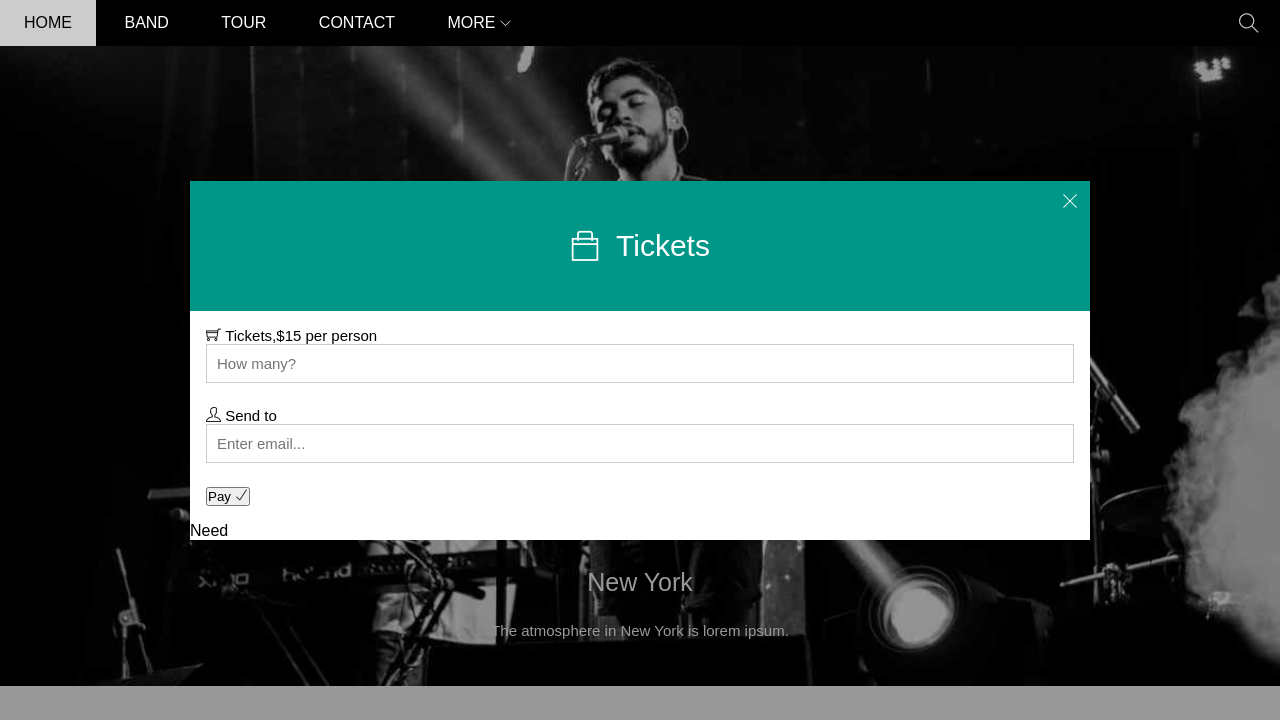
Repository: BrandonTuan777/The_Band
Page: index.html
An editor plug-in stored every save of this project. The page is shown before and after a run of saves, followed by the edit.
The browser window is 1280 px wide. The pictures show the window.
A layer covers the whole window, so only the first screen is drawn.

Above is the page before, as saved 2022-04-17 21:36:49.

### index.html
<!DOCTYPE html>
<html lang="en">
  <head>
    <meta charset="UTF-8" />
    <meta http-equiv="X-UA-Compatible" content="IE=edge" />
    <meta name="viewport" content="width=device-width, initial-scale=1.0" />
    <title>The Band</title>
    <link
      rel="shortcut icon"
      type="image/jpg"
      href="./assets/img/favicon/01d1b4547ce03c3ec499c827caac4a72.jpg"
    />
    <link rel="stylesheet" href="./assets/css/styles.css" />
    <link rel="stylesheet" href="./assets/css/responsive.css" />

    <link
      rel="stylesheet"
      href="./assets//fonts/themify-icons/themify-icons.css"
    />
  </head>
  <body>
    <div id="main">
      <div id="header">
        <!-- Begin:Nav -->
        <ul id="nav">
          <li><a href="#">Home</a></li>
          <li><a href="#band">Band</a></li>
          <li><a href="#tour">Tour</a></li>
          <li><a href="#contact">Contact</a></li>
          <li>
            <a href="#">
              More
              <i class="nav-arrow-down ti-angle-down"></i>
            </a>
            <ul class="subnav">
              <li><a href="#">Merchandise</a></li>
              <li><a href="#">Extras</a></li>
              <li><a href="#">Media</a></li>
            </ul>
          </li>
        </ul>
        <!-- End:Nav -->

        <!-- Begin:Search button -->
        <div class="search-btn">
          <i class="search-icon ti-search"></i>
        </div>

        <div id="mobile-menu" class="mobile-menu-btn">
          <i class="menu-icon ti-menu"></i>
        </div>
        <!-- End:Search button -->
      </div>

      <div id="slider">
        <div class="text-content">
          <h2 class="text-heading">New York</h2>
          <div class="text-description">
            The atmosphere in New York is lorem ipsum.
          </div>
        </div>
      </div>

      <div id="content">
        <!--About section  -->
        <div id="band" class="content-section">
          <h2 class="section-heading">THE BAND</h2>
          <p class="section-sub-heading">We love music</p>
          <p class="about-text">
            We have created a fictional band website. Lorem ipsum dolor sit
            amet, consectetur adipiscing elit, sed do eiusmod tempor incididunt
            ut labore et dolore magna aliqua. Ut enim ad minim veniam, quis
            nostrud exercitation ullamco laboris nisi ut aliquip ex ea commodo
            consequat. Duis aute irure dolor in reprehenderit in voluptate velit
            esse cillum dolore eu fugiat nulla pariatur. Excepteur sint occaecat
            cupidatat non proident, sunt in culpa qui officia deserunt mollit
            anim id est laborum consectetur adipiscing elit, sed do eiusmod
            tempor incididunt ut labore et dolore magna aliqua. Ut enim ad minim
            veniam, quis nostrud exercitation ullamco laboris nisi ut aliquip ex
            ea commodo consequat.
          </p>
          <div class="row member-list">
            <div class="member-item text-center s-col-full mt-32 col col-third">
              <p class="member-name">Name</p>
              <img
                class="member-img"
                src="./assets/img/team/member1.jpg"
                alt=""
              />
            </div>
            <div class="member-item text-center s-col-full mt-32 col col-third">
              <p class="member-name">Name</p>
              <img
                class="member-img"
                src="./assets/img/team/member1.jpg"
                alt=""
              />
            </div>
            <div class="member-item text-center s-col-full mt-32 col col-third">
              <p class="member-name">Name</p>
              <img
                class="member-img"
                src="./assets/img/team/member1.jpg"
                alt=""
              />
            </div>
          </div>
        </div>
        <!-- Tour section -->
        <div id="tour" class="tour-section">
          <div class="content-section">
            <h2 class="section-heading text-white">TOUR DATES</h2>
            <p class="section-sub-heading text-white">
              Remember to book your tickets!
            </p>
            <!-- Tickets -->
            <ul class="ticket-list">
              <li>September <span class="sold-out">Sold out</span></li>
              <li>October <span class="sold-out">Sold out</span></li>
              <li>November <span class="quantity">3</span></li>
            </ul>

            <!-- Places -->
            <div class="row places-list">
              <div class="col s-col-full col-third mt-16">
                <img
                  src="./assets/img/places/places1.jpg"
                  alt=""
                  class="place-img"
                />
                <div class="place-body">
                  <h3 class="place-heading">New York</h3>
                  <p class="place-time">Fri 27 Nov 2016</p>
                  <p class="place-description">
                    Praesent tincidunt sed tellus ut rutrum sed vitae justo.
                  </p>
                  <a href="#" class="btn s-full-width">Buy Tickets</a>
                </div>
              </div>
              <div class="col s-col-full col-third mt-16">
                <img
                  src="./assets/img/places/places2.jpg"
                  alt=""
                  class="place-img"
                />
                <div class="place-body">
                  <h3 class="place-heading">Paris</h3>
                  <p class="place-time">Sat 28 Nov 20166</p>
                  <p class="place-description">
                    Praesent tincidunt sed tellus ut rutrum sed vitae justo.
                  </p>
                  <a href="#" class="btn s-full-width">Buy Tickets</a>
                </div>
              </div>
              <div class="col s-col-full col-third mt-16">
                <img
                  src="./assets/img/places/places3.jpg"
                  alt=""
                  class="place-img"
                />
                <div class="place-body">
                  <h3 class="place-heading">San Francisco</h3>
                  <p class="place-time">Sun 29 Nov 2016</p>
                  <p class="place-description">
                    Praesent tincidunt sed tellus ut rutrum sed vitae justo.
                  </p>
                  <a href="#" class="btn s-full-width">Buy Tickets</a>
                </div>
              </div>
            </div>
          </div>
        </div>
        <!--Begin: Contact section -->
        <div id="contact" class="content-section">
          <h2 class="section-heading">CONTACT</h2>
          <p class="section-sub-heading">Fan? Drop a note!</p>
          <div class="row contact-content">
            <div class="col col-half s-col-full contact-info">
              <p><i class="ti-location-pin"></i>Chicago, US</p>
              <p><i class="ti-mobile"></i>Phone: +00 151515</p>
              <p><i class="ti-email"></i>Email: mail@mail.com</p>
            </div>
            <div class="col col-half s-col-full contact-form">
              <form action="">
                <div class="row">
                  <div class="col col-half s-col-full">
                    <input
                      type="text"
                      name=""
                      id=""
                      required
                      placeholder="Name"
                      class="form-control"
                    />
                  </div>
                  <div class="col col-half s-col-full s-mt-8">
                    <input
                      type="email"
                      name=""
                      id=""
                      required
                      placeholder="Email"
                      class="form-control"
                    />
                  </div>
                </div>
                <div class="row mt-8">
                  <div class="col col-full">
                    <input
                      type="text"
                      name=""
                      id=""
                      required
                      placeholder="Message"
                      class="form-control"
                    />
                  </div>
                </div>
                <input
                  class="pull-rigth btn mt-16 s-full-width"
                  type="submit"
                  value="SEND"
                />
              </form>
            </div>
          </div>
        </div>
        <!--End: Contact section -->
        <div class="map-section">
          <img src="./assets/img/map/map.jpg" alt="" />
        </div>
      </div>
      <!-- Footer -->
      <div id="footer">
        <div class="social">
          <a href=""><i class="ti-facebook"></i></a>
          <a href=""><i class="ti-instagram"></i></a>
          <a href=""><i class="ti-youtube"></i></a>
          <a href=""><i class="ti-pinterest"></i></a>
          <a href=""><i class="ti-twitter-alt"></i></a>
          <a href=""><i class="ti-linkedin"></i></a>
        </div>
        <p class="copy-right">
          Powered by
          <a href="https://www.w3schools.com/w3css/default.asp" target="_blank"
            >w3.css</a
          >
        </p>
      </div>
    </div>
    <div class="modal">
      <div class="modal-container">
        <div class="modal-close">
          <i class="ti-close"></i>
        </div>

        <header class="modal-header">
          <i class="ti-bag" style="margin-right:16px"></i>
          Tickets
        </header>

        <div class="modal-body">
          <label for="" class="modal-label"">
            <i class="ti-shopping-cart" "></i>
            Tickets,$15 per person
          </label>
          <input type="text" class="modal-input" placeholder="How many?">

          <label for="" class="modal-label"">
            <i class="ti-user"></i>
            Send to
          </label>
          <input type="email" class="modal-input" placeholder="Enter email...">

          <button id="buy-tickets">
            Pay <i class="ti-check"></i>
          </button>

        </div>

        <div class="footer modal-footer">
          <p class="modal-healp">Need <a href="help?"></a></p>
        </div>

      </div>
    </div>
    <script>
      var header = document.getElementById("header");
      var mobileMenu = document.getElementById("mobile-menu");
      var headerHeight = header.clientHeight;

      // Đóng mở mobile menu
      mobileMenu.onclick = () => {
        var isClosed = header.clientHeight === headerHeight;
        if (isClosed) {
          header.style.height = "auto";
        } else {
          header.style.height = null;
        }
      };
      //Tự động đóng
      var menuItems = document.querySelectorAll('#nav li a[href*="#"]');
      console.log(menuItems);

      for (var i = 0; i < menuItems.length; i++) {
        var menuItem = menuItems[i];

        console.log(menuItem);
        menuItem.onclick = function () {
          var isParentMenu =
            this.nextElementSibling &&
            this.nextElementSibling.classList.contains("subnav");
          if (isParentMenu) {
            event.preventDefault();
          } else {
            header.style.height = null;
          }
        };
      }
    </script>
  </body>
</html>

### assets/css/styles.css
/* Reset CSS */
* {
  padding: 0;
  margin: 0;
  box-sizing: border-box;
}

html {
  font-family: Arial, Helvetica, sans-serif;
  scroll-behavior: smooth;
}

/* Common */
.clear {
  clear: both;
}

.text-white {
  color: #fff !important;
}

.row {
  margin-left: -8px;
  margin-right: -8px;
}

.row::after {
  content: "";
  display: block;
  clear: both;
}

.col-half {
  width: 50%;
}

.col-full {
  width: 100%;
}

.col {
  float: left;
  padding-left: 8px;
  padding-right: 8px;
}

.col-third {
  width: 33.333%;
}

.text-center {
  text-align: center !important;
}

.mt-8 {
  margin-top: 8px !important;
}

.mt-16 {
  margin-top: 16px !important;
}
.mt-32 {
  margin-top: 32px !important;
}

.btn {
  color: #fff;
  background-color: #000;
  text-decoration: none;
  padding: 11px 16px;
  display: inline-block;
  margin-top: 15px;
  text-align: center;
}

.btn:hover {
  color: #000;
  background-color: #757575;
  border: none;
}

.pull-rigth {
  float: right !important;
}

/* Main */
#main {
}

#header {
  position: fixed;
  top: 0;
  left: 0;
  right: 0;
  height: 46px;
  background-color: #000;
  z-index: 1;

}

#nav {
  display: inline-block;
}

#nav,
.subnav {
  list-style: none;
}

#nav > li {
  display: inline-block;
}

#nav li {
  position: relative;
}

#nav > li > a {
  color: white;
  text-transform: uppercase;
}

#nav li a {
  text-decoration: none;
  line-height: 46px;
  padding: 0 24px;
  display: block;
}

#nav li:hover .subnav {
  display: block;
}

#nav .subnav li:hover a,
#nav > li:hover > a {
  color: #000;
  background-color: #ccc;
}

#nav .subnav {
  display: none;
  min-width: 160px;
  top: 100%;
  left: 0;
  position: absolute;
  background-color: #fff;
  box-shadow: 0 0 10px rgba(0, 0, 0, 0.3);
}

#nav .subnav a {
  color: #000;
  padding: 0 12px;
  line-height: 38px;
}

#nav .nav-arrow-down {
  font-size: 11px;
}

#header .mobile-menu-btn {
  position: absolute;
  top: 0;
  right: 0;
  display: none;
}

#header .mobile-menu-btn,
#header .search-btn {
  float: right;
  padding: 0 21px;
}

#header .search-btn:hover {
  background-color: red;
  cursor: pointer;
}

#header .mobile-menu-btn:hover {
  background-color: #ccc;
}

#header .mobile-menu-btn:hover .menu-icon {
  color: #000;
}

#header .menu-icon,
#header .search-icon {
  color: #ccc;
  font-size: 20px;
  line-height: 46px;
}

#slider {
  position: relative;
  margin-top: 46px;
  padding-top: 50%;
  background: url('../img/slider/slider1.jpg') top center / cover no-repeat;
}

#slider .text-content {
  position: absolute;
  bottom: 47px;
  color: #fff;
  text-align: center;
  /* transform: translateX(-50%);
  left: 50%; */
  width: 100%;
}

#slider .text-heading {
  font-weight: 500;
  font-size: 25px;
}

#slider .text-description {
  font-size: 15px;
  margin-top: 25px;
}

#content {
}

#content .content-section {
  width: 800px;
  max-width: 100%;
  padding: 64px 0 112px;
  margin-left: auto;
  margin-right: auto;
  padding-left: 16px;
  padding-right: 16px;
}

#content .section-heading {
  font-size: 30px;
  text-align: center;
  font-weight: 500;
  letter-spacing: 4px;
}
#content .section-sub-heading {
  font-size: 15px;
  text-align: center;
  margin-top: 25px;
  font-style: italic;
  opacity: 0.6;
}

#content .about-text {
  margin-top: 25px;
  font-size: 15px;
  text-align: justify;
  line-height: 1.4;
}

#content .member-list {
  margin-top: 32px;
}

#content .member-item {
  text-align: center;
}

#content .member-name {
  font-size: 15px;
}

#content .member-img {
  width: 154px;
  margin-top: 15px;
  border-radius: 4px;
}

/* Tour section */
.tour-section {
  background-color: #000;
}

.ticket-list {
  margin-top: 40px;
  background-color: #fff;
}

.ticket-list li {
  font-size: 15px;
  padding: 11px 16px;
  border: 1px solid #ddd;
  color: #757575;
  list-style: none;
}

.ticket-list .sold-out {
  background-color: #f44336 !important;
  color: #fff;
  padding: 3px 4px;
  margin-left: 16px;
}

.ticket-list .quantity {
  float: right;
  width: 24px;
  height: 24px;
  background-color: #000;
  border-radius: 50%;
  text-align: center;
  line-height: 24px;
  margin-top: -3px;
}

/* Places */

.places-list {
  margin-top: 16px;
}
.place-img {
  width: 100%;
  display: block;
}
.place-img:hover {
  opacity: 0.6;
}
.place-body {
  padding: 16px;
  font-size: 15px;
  background-color: #fff;
}
.place-heading {
  font-size: 15px;
  font-weight: 600;
}
.place-time {
  margin-top: 15px;
  color: #757575;
}
.place-description {
  margin-top: 15px;
  line-height: 1.4;
}

/* Contact form */

.contact-content {
  margin-top: 48px;
}

.contact-info {
  font-size: 18px;
  line-height: 1.4;
}
.contact-info i[class*="ti-"] {
  width: 30px;
  display: inline-block;
}

.contact-form {
  font-size: 15px;
}

.contact-form .form-control {
  border: 1px solid #ccc;
  width: 100%;
  padding: 10px;
}

/* Map section */

.map-section img {
  width: 100%;
}

#footer {
  padding: 64px 16px;
  text-align: center;
}

#footer .social {
  font-size: 20px;
  margin-bottom: 20px;
}

#footer .social a {
  color: rgba(0, 0, 0, 0.6);
  text-decoration: none;
}

#footer .copy-right:hover,
#footer .social a:hover {
  color: rgba(0, 0, 0, 0.4);
}

#footer .copy-right {
  color: rgba(0, 0, 0, 0.6);
}

#footer .copy-right a {
  color: rgba(0, 0, 0, 0.6);
}

.modal{
  position: fixed;
  top: 0;
  bottom: 0;
  left: 0;
  right: 0;
  background-color: rgba(0, 0, 0, 0.4);
  display: flex;
  align-items: center;
  justify-content: center;
}

.modal-container{
  background-color: #fff;
  width: 900px;
  min-height: 200px;
  position: relative;
}

header.modal-header {
  background-color: #009688;
  height: 130px;
  display: flex;
  justify-content: center;
  align-items: center;
  font-size: 30px;
  color: #fff;
}

.modal-close {
  position: absolute;
  right: 0;
  top: 0;
  color: #fff;
  padding: 12px;
  cursor: pointer;
  opacity: 1;
}

.modal-close:hover{
  opacity: 0.9;
}

.modal-body {
  padding: 16px;
}

.modal-label {
  display: block;
  font-size: 15px;

}

.modal-input {
  padding: 10px;
  border: 1px solid #ccc;
  width: 100%;
  font-size: 15px;
  margin-bottom: 24px;

}

### assets/css/responsive.css
/* PC */
@media (min-width: 1024px) {
}
/* Tablet */
@media (min-width: 740px) and (max-width: 1023px) {
}
/* Mobile */

@media (max-width: 739px) {

  .s-full-width,.s-col-full{
      width: 100% !important;
  }

  #header {
    overflow: hidden;
  }
  #header .mobile-menu-btn {
    display: block;
  }
  #nav li a {
    padding: 1px 24px;
  }

  #header .search-btn {
    display: none;
  }

  #nav {
    display: block;
  }

  #nav > li {
    display: block;
  }
  #nav > li:first-child {
    display: inline-block;
  }
  #nav .subnav {
    position: initial;
    background-color: #333;
  }
  #nav .subnav a {
    color: #fff;
    padding: 5px 41px;
  }


  #content .member-img{
      width: 60%;
  }
  .s-col-full{
      width: 100%;
  }
  .contact-form{
    margin-top: 16px;
  }
  .s-mt-8{
      margin-top: 8px !important;
  }

}

Loaded but not shown: assets/fonts/themify-icons/themify-icons.css (common file)

After the next 2 saves:
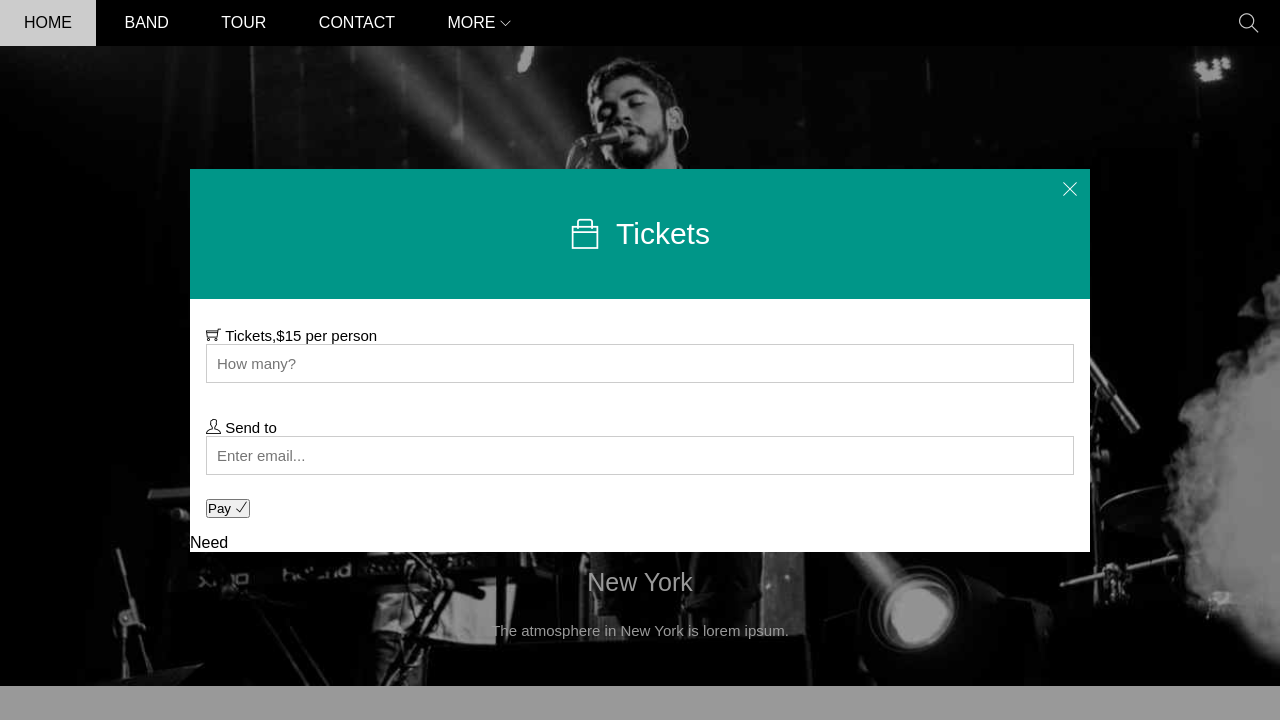
The 2 saves are shown as one change because they came seconds apart.
The last was saved 9 s later.
--- a/assets/css/styles.css
+++ b/assets/css/styles.css
@@ -444,7 +444,7 @@ header.modal-header {
 .modal-label {
   display: block;
   font-size: 15px;
-
+  margin-top: 12px;
 }
 
 .modal-input {
